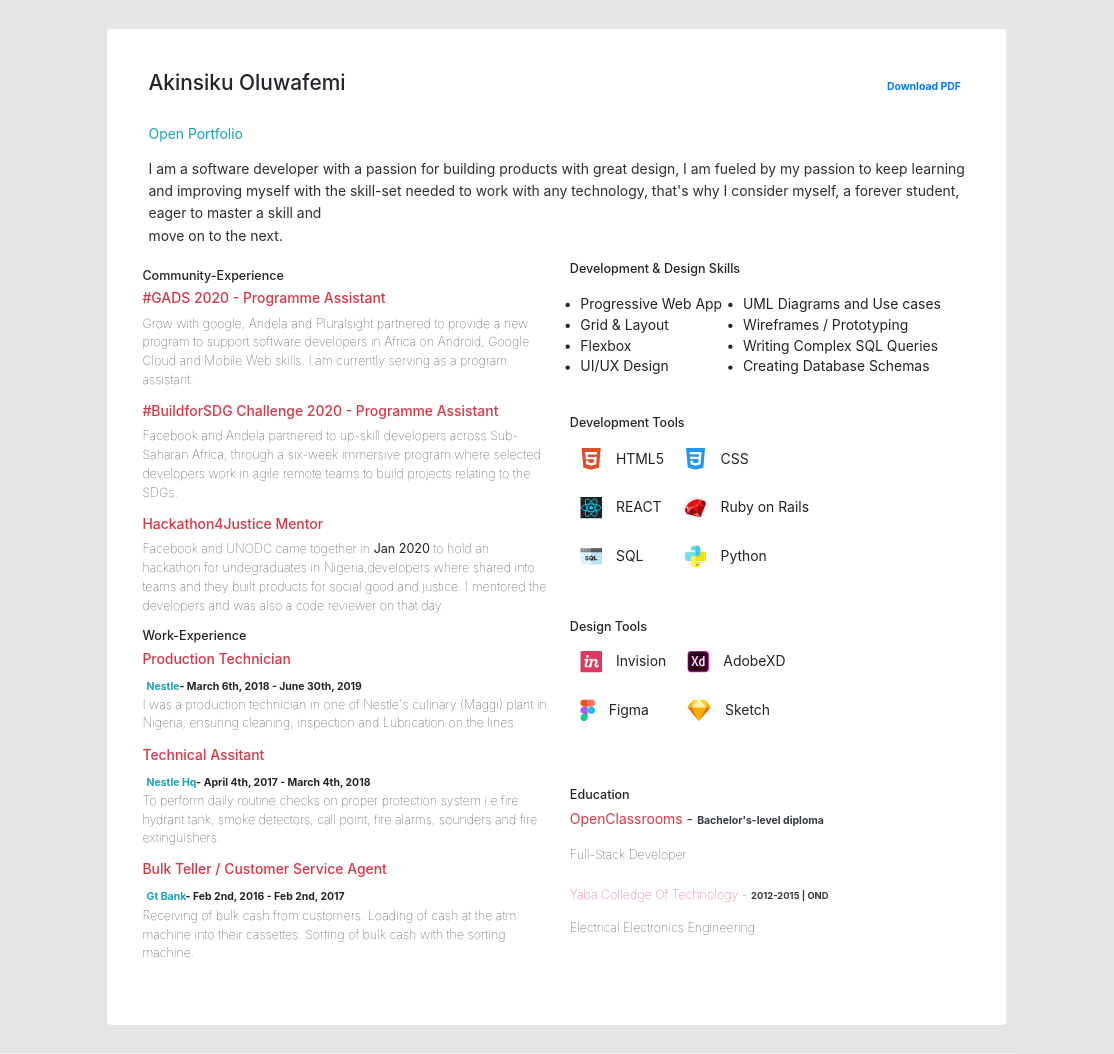
Repository: akinsikuoluwafemi/resume
Page: index.html
These files come from the project's save history. The page is drawn as it stood at one moment and after the next save; the edit follows.
The browser window is 1280 px wide. The pictures show the whole page, at 87% of full size.
The style sheet was rebuilt from its Sass, Less or Tailwind sources for each picture, by a compiler version that may differ from the author's.

Above is the page before, as saved 2020-08-03 19:18:38.

### index.html
<!DOCTYPE html>
<html lang="en">

<head>
    <meta charset="UTF-8">
    <meta name="viewport" content="width=device-width, initial-scale=1.0">
    <meta http-equiv="X-UA-Compatible" content="ie=edge">
    <link rel="shortcut icon" type="image/png" href="./images/new-photo.png">

    <link rel="stylesheet" href="https://stackpath.bootstrapcdn.com/bootstrap/4.3.1/css/bootstrap.min.css" integrity="sha384-ggOyR0iXCbMQv3Xipma34MD+dH/1fQ784/j6cY/iJTQUOhcWr7x9JvoRxT2MZw1T"
        crossorigin="anonymous" />
    <link rel="stylesheet" href="./resume.css">

    <title>Akinsiku Oluwafemi - Software Developer</title>
</head>

<body>

   <div class="col-sm-12 col-lg-10 m-auto">
       <!--  -->
        <div class="p-c container border px-3 py-4 px-lg-5 py-lg-5 ">
            <header class="row">
                <div class="col d-flex align-items-center">
                    <h4 class="header__name mr-auto">Akinsiku Oluwafemi</h4>
                    <a href="./images/newresume.pdf" download="Femi_Akinsiku_resume.pdf" class="badge">Download PDF</a>
                </div>
            </header>
            <div class="row mt-4">
                <a href="https://femiakin.com/" target="_blank" class="col text-info">Open Portfolio</a>
            </div>

            <div class="row mt-3">
                <div class="col">
                    <p class="intro">I am a software developer with a passion for building products with great design, I am
                        fueled by my passion to keep learning and improving myself with the skill-set needed to work with
                        any
                        technology,
                        that's why I consider myself, a forever student, eager to master a skill and <br /> move on to the
                        next. </p>
                </div>
            </div>


            <div class="row">

                <div class="col col-lg-6 p-2  ">
                    <div>
                        <h5 class="item__header">Community-Experience</h5>

                        <h6 class="item__job text-danger">#GADS 2020 - Programme Assistant </h6>
                        <p class="item__description">Grow with google, Andela and Pluralsight partnered to provide a new
                            program to support
                            software developers in Africa on Android, Google Cloud and Mobile Web skills. I am currently
                            serving as a
                            program assistant.</p>

                    </div>

                    <div>



                        <h6 class="item__job text-danger">#BuildforSDG Challenge 2020 - Programme Assistant </h6>


                        <p class="item__description">Facebook and Andela partnered to up-skill developers across
                            Sub-Saharan
                            Africa,
                            through a six-week immersive program where selected developers work in agile remote
                            teams to build projects relating to the SDGs.
                        </p>

                    </div>

                    <div>
                        <h6 class="item__job text-danger">Hackathon4Justice Mentor</h6>
                        <p class="item__description">Facebook and UNODC came together in <strong>Jan 2020</strong> to hold
                            an
                            hackathon for
                            undegraduates in Nigeria,developers where shared into teams and they built products for social
                            good
                            and justice. I mentored the developers and was
                            also a code reviewer on that day.
                        </p>
                    </div>


                    <!-- here -->
                    <div>
                        <h5 class="item__header">Work-Experience</h5>
                        <h6 class="item__job text-danger">Production Technician</h6>
                        <span class="badge"><span class="text-info">Nestle</span>- March 6th, 2018 - June 30th, 2019 </span>
                        <p class="item__description">I was a production technician in one of Nestle's culinary (Maggi)
                            plant in
                            Nigeria,
                            ensuring cleaning, inspection and Lubrication on the lines.</p>

                    </div>
                    <div>
                        <h6 class="item__job text-danger">Technical Assitant</h6>
                        <span class="badge"><span class="text-info">Nestle Hq</span>- April 4th, 2017 - March 4th, 2018</span>
                        <p class="item__description">To perform daily routine checks on proper protection system i.e fire
                            hydrant tank,
                            smoke detectors, call point, fire
                            alarms, sounders and fire extinguishers.
                        </p>

                    </div>
                    <div>
                        <h6 class="item__job text-danger">Bulk Teller / Customer Service Agent</h6>
                        <span class="badge"><span class="text-info">Gt Bank</span>- Feb 2nd, 2016 - Feb 2nd, 2017 </span>
                        <p class="item__description">Receiving of bulk cash from customers.
                            Loading of cash at the atm machine into their cassettes.
                            Sorting of bulk cash with the sorting machine.</p>

                    </div>
                    <!-- here2 -->


                </div>
                <div class="col col-lg-6 ">

                    <div>
                        <h5 class="item__header ">Development & Design Skills</h5>
                        <div class="d-flex ">
                            <ul class="list__item">
                                <li>Progressive Web App</li>
                                <li>Grid & Layout</li>
                                <li>Flexbox</li>
                                <li>UI/UX Design</li>


                            </ul>
                            <ul class="list__item">
                                <li>UML Diagrams and Use cases</li>
                                <li>Wireframes / Prototyping</li>
                                <li>Writing Complex SQL Queries</li>
                                <li>Creating Database Schemas</li>



                            </ul>
                        </div>


                    </div>

                    <div class="item__container">
                        <h5 class="item__header">Development Tools</h5>
                        <div class="d-flex ">
                            <ul class="list__item">
                                <div class="d-flex  mb-3">
                                    <img src="./images/html5.svg" />
                                    <p class="ml-3">HTML5</p>
                                </div>
                                <div class="d-flex  mb-3">
                                    <img src="./images/react-1.svg" />
                                    <p class="ml-3">REACT</p>
                                </div>
                                <div class="d-flex ">
                                    <img src="./images/sql.svg" />
                                    <p class="ml-3">SQL</p>
                                </div>

                            </ul>
                            <ul class="list__item ">
                                <div class="d-flex  mb-3">
                                    <img src="./images/css-3.svg" />
                                    <p class="ml-3">CSS</p>
                                </div>
                                <div class="d-flex  mb-3">
                                    <img src="./images/ruby.svg" />
                                    <p class="ml-3">Ruby on Rails</p>
                                </div>
                                <div class="d-flex ">
                                    <img src="./images/python.svg" />
                                    <p class="ml-3">Python</p>
                                </div>


                            </ul>
                        </div>


                    </div>

                    <!-- here -->

                    <div class="item__contain">
                        <h5 class="item__header">Design Tools</h5>
                        <div class="d-flex ">
                            <ul class="list__item">
                                <div class="d-flex mb-3">
                                    <img src="./images/invision.svg" />
                                    <p class="ml-3">Invision</p>
                                </div>
                                <div class="d-flex ">
                                    <img src="./images/figma-1.svg" />
                                    <p class="ml-3">Figma</p>
                                </div>

                            </ul>
                            <ul class="list__item ">
                                <div class="d-flex  mb-3 ">
                                    <img src="./images/adobe-xd-1.svg" />
                                    <p class="ml-3">AdobeXD</p>
                                </div>
                                <div class="d-flex ">
                                    <img src="./images/sketch-2.svg" />
                                    <p class="ml-3">Sketch</p>
                                </div>


                            </ul>
                        </div>


                    </div>
                    <div>
                        <h5 class="item__header">Education</h5>
                        <p><a href="https://www.francecompetences.fr/recherche/rncp/27099/" class="text-danger text-info">OpenClassrooms
                            <span class="text-dark">-</span><span class="badge text-dark">Bachelor's-level diploma</span></a></p>

                        <span class="item__description "><a style="color: #212529" href="https://openclassrooms.com/en/paths/104-full-stack-developer">Full-Stack Developer</a></p>

                        <p class="text-danger pt-2">Yaba Colledge Of Technology <span class="text-dark">-</span><span class="badge text-dark">2012-2015
                                | OND</span></p>
                        <p class="item__description ">Electrical Electronics Engineering</p>


                    </div>



                </div>

            </div>


        </div>

        <!--  -->
   </div>










    <script src="https://code.jquery.com/jquery-3.3.1.slim.min.js" integrity="sha384-q8i/X+965DzO0rT7abK41JStQIAqVgRVzpbzo5smXKp4YfRvH+8abtTE1Pi6jizo"
        crossorigin="anonymous"></script>
    <script src="https://cdnjs.cloudflare.com/ajax/libs/popper.js/1.14.7/umd/popper.min.js" integrity="sha384-UO2eT0CpHqdSJQ6hJty5KVphtPhzWj9WO1clHTMGa3JDZwrnQq4sF86dIHNDz0W1"
        crossorigin="anonymous"></script>
    <script src="https://stackpath.bootstrapcdn.com/bootstrap/4.3.1/js/bootstrap.min.js" integrity="sha384-JjSmVgyd0p3pXB1rRibZUAYoIIy6OrQ6VrjIEaFf/nJGzIxFDsf4x0xIM+B07jRM"
        crossorigin="anonymous"></script>
</body>

</html>

### resume.scss


body {
    background-color: #E5E5E5;

    -webkit-font-smoothing: antialiased;
  -moz-osx-font-smoothing: grayscale;
}

.container {
    margin: 2rem auto;
    background-color: white;
    border-radius: .3rem;
}

.intro {
    font-size: 1rem;
    color: rgba(0,0,0,0.82);
    line-height: 1.6rem;
}


.text-info:hover{
    text-decoration: none;
}

img {
    height: 25px;
}



.item {

     &__contain {
        margin-bottom: 2rem!important;
        // background: red;
    }

    &__container {
        margin: 1rem 0!important;
    }

    &__dev {
         font-size: .9rem;
        margin-bottom: 1rem;
    }

    &__header {
        font-size: .9rem;
        margin-bottom: .5rem;
    }

    &__description {
        font-weight: 100;
        font-size: .9rem;
    }

}


.list__item {
    padding: 12px;
}

@media (max-width: 576px) {
    br {
        display: none;
    }
 }

After the next save:
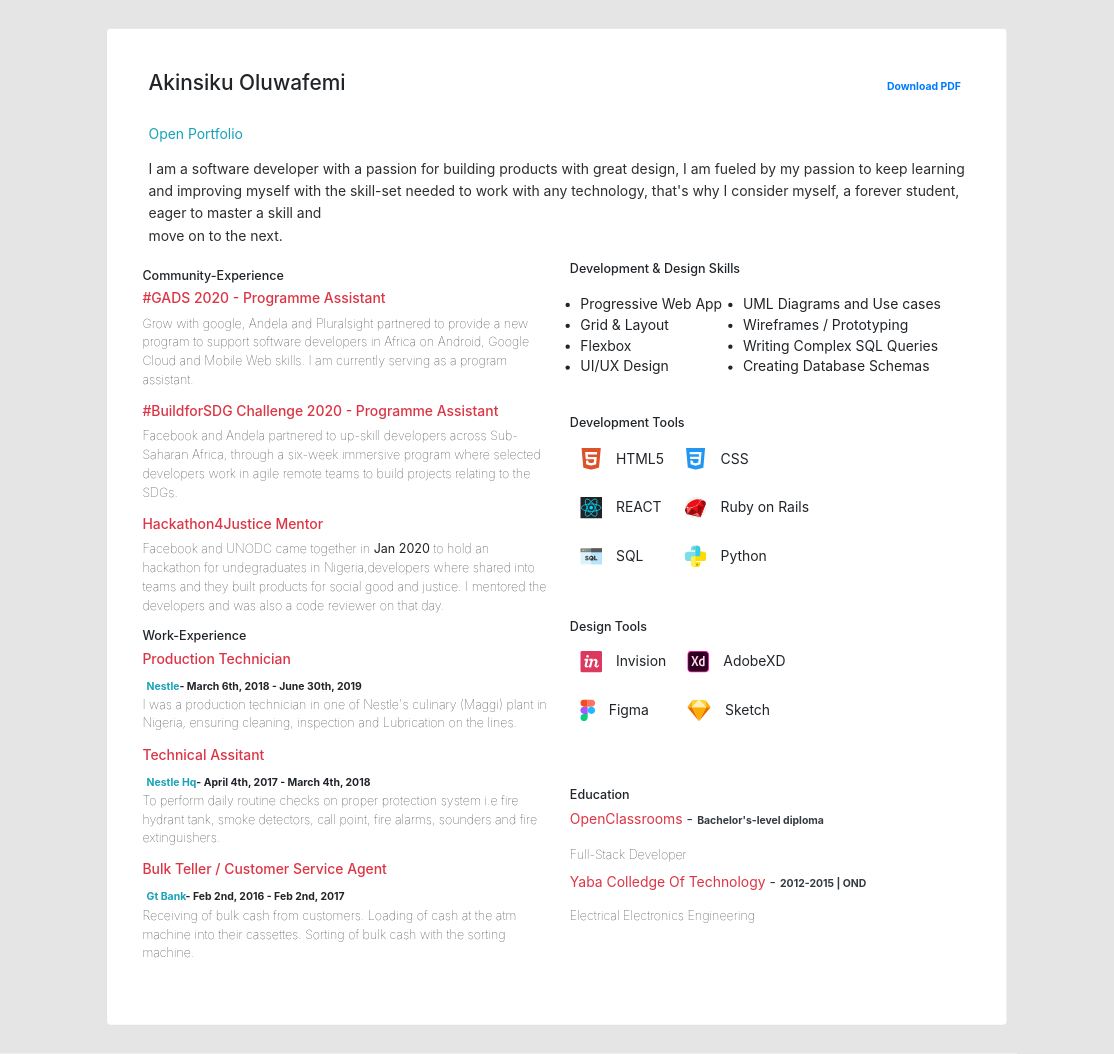
Saved 5 s later.
--- a/index.html
+++ b/index.html
@@ -221,7 +221,7 @@
                         <p><a href="https://www.francecompetences.fr/recherche/rncp/27099/" class="text-danger text-info">OpenClassrooms
                             <span class="text-dark">-</span><span class="badge text-dark">Bachelor's-level diploma</span></a></p>
 
-                        <span class="item__description "><a style="color: #212529" href="https://openclassrooms.com/en/paths/104-full-stack-developer">Full-Stack Developer</a></p>
+                        <span class="item__description "><a style="color: #212529" href="https://openclassrooms.com/en/paths/104-full-stack-developer">Full-Stack Developer</a></span>
 
                         <p class="text-danger pt-2">Yaba Colledge Of Technology <span class="text-dark">-</span><span class="badge text-dark">2012-2015
                                 | OND</span></p>
